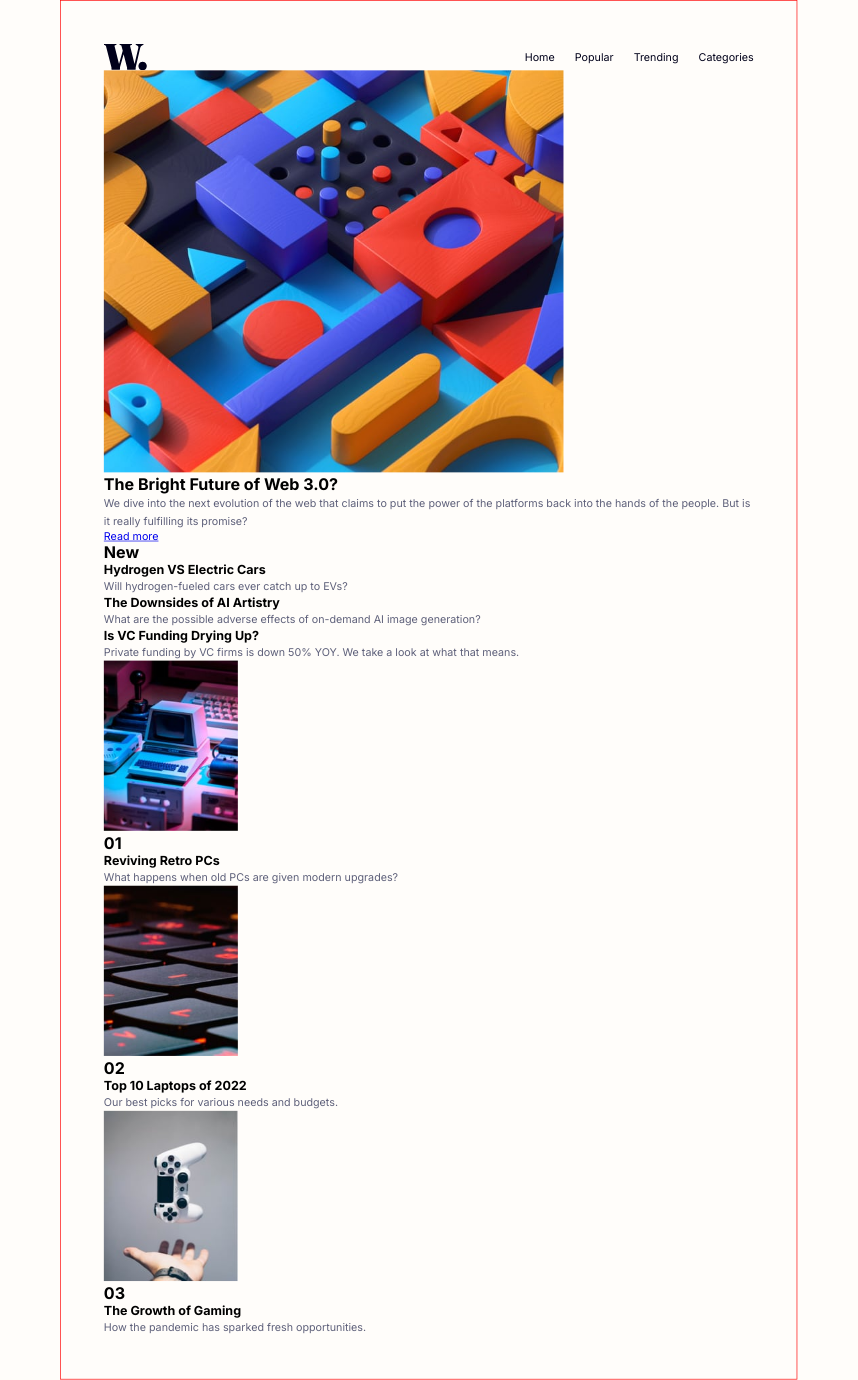
Repository: Arkitecth/news-webpage
Page: index.html
An editor plug-in stored every save of this project. The page is shown before and after the next save, followed by the edit.
The browser window is 1280 px wide. The pictures show the whole page, at 67% of full size.

Above is the page before, as saved 2023-06-07 19:49:02.

### index.html
<!DOCTYPE html>
<html lang="en">
<head>
  <meta charset="UTF-8">
  <meta name="viewport" content="width=device-width, initial-scale=1.0"> <!-- displays site properly based on user's device -->
  <title>News homepage</title>
  <link rel="stylesheet" href="style.css">
  <link rel="stylesheet" media="screen and (max-width:768px)" href="mobile.css">
</head>
<body>
  <main>
    <nav class="flex-container">
      <img class="logo" src="assets/images/logo.svg" alt="logo">
      <div class="hamburger-menu">
        <img class="icon-menu" src="assets/images/icon-menu.svg" alt="icon-menu">
          <ul class="menu-items">
            <li><a href="#"> Home </a> </li>
            <li><a href="#"> Popular </a></li>
            <li><a href="#">Trending </a></li>
            <li><a>Categories</a></li>
          </ul>
      </div>
    </nav>

    <section class="showcase-card">
      <img class="background-image" src="assets/images/image-web-3-mobile.jpg" alt="background-image">
      <h1>The Bright Future of Web 3.0? </h1>
      <p> We dive into the next evolution of the web that claims to put the power of the platforms back into the hands of the people.
        But is it really fulfilling its promise? </p>
      <a class="primary-btn" href="#">Read more </a>
    </section>

    <section class="news-card">
      <h2>New</h2>
      <article>
        <h3>Hydrogen VS Electric Cars</h3>
        <p>Will hydrogen-fueled cars ever catch up to EVs?  </p>
      </article>

      <article>
        <h3>The Downsides of AI Artistry </h3>
        <p>What are the possible adverse effects of on-demand AI image generation?</p>
      </article>
      <article>
        <h3>Is VC Funding Drying Up?</h3>
        <p>Private funding by VC firms is down 50% YOY. We take a look at what that means.</p>
      </article>
  </section>

  <section class="game-card">
    <article>
      <img src="assets/images/image-retro-pcs.jpg" alt="image-retro-pcs">
      <div class="game-content">
        <h2>01</h2>
        <h3>Reviving Retro PCs</h3>
        <p>What happens when old PCs are given modern upgrades?</p>
      </div>
    </article>

    <article>
      <img src="assets/images/image-top-laptops.jpg" alt="image-top-laptops">
      <div class="game-content">
        <h2>02</h2>
        <h3>Top 10 Laptops of 2022</h3>
        <p>Our best picks for various needs and budgets.</p>
      </div>
    </article>

    <article>
      <img src="assets/images/image-gaming-growth.jpg" alt="image-top-laptops">
      <div class="game-content">
        <h2>03</h2>
        <h3>The Growth of Gaming</h3>
        <p>How the pandemic has sparked fresh opportunities.</p>
      </div>
    </article>

  </section>

  </main>
<script src="script.js"></script>






</body>
</html>

### style.css
@import url('https://fonts.googleapis.com/css2?family=Inter:wght@400;700;800&display=swap');

:root {
    --dark-primary: #00001A;
    --dark-secondary:#5E607A;
    --almost-white:#FFFDFA;
    --primary-color:#F15D51;
}

/* Main Styling */
* {
    margin: 0;
    padding: 0;
    box-sizing: border-box;
}

.menu-items li a {
    text-decoration: none;
    color: #00001A;

}

.menu-items li a:hover {
    color: var(--primary-color);
}


p {
    color: #5E607A;
    line-height: 26px;
}

body {
    font-family: 'Inter', sans-serif;
    background: #FFFDFA;
}

main {
    max-width: 1100px;
    margin: auto;
    padding: 4rem 4rem;
    overflow: hidden;
    border: 1px solid red;
}

.icon-menu {
    display: none;
}

.flex-container {
    display: flex;
    justify-content: space-between;
    align-items: center;
}

.menu-items li  {
    list-style-type: none;
}
.menu-items {
    display: flex;
    justify-content: space-evenly;
    gap: 30px;
}

### script.js
const hamburger = document.querySelector(".hamburger-menu");
const iconMenu = document.querySelector(".icon-menu");
const menuItems = document.querySelector(".menu-items");
const backgroundImage = document.querySelector(".background-image");

const body = document.querySelector("body");
iconMenu.addEventListener("click", () => {
    hamburger.classList.toggle("menu-box");
    iconMenu.classList.toggle("toggle-icon");
    menuItems.classList.toggle("toggle-menu-items");
    body.classList.toggle("toggle-dark");
    backgroundImage.classList.toggle("toggle-background-brightness");
})
iconMenu.src = "assets/images/icon-menu.svg";

### mobile.css
:root {
    --dark-primary: #00001A;
    --dark-secondary:#5E607A;
    --almost-white:#FFFDFA;
    --primary-color:#F15D51;
}
main {
    display: grid;
    grid-template-rows: auto auto auto auto;
}

.flex-container {
    display: flex;
    justify-content: space-between;
    align-items: center;
}

.container {
    margin: 1.25rem;
}

.logo {
    margin: 1.25rem;
}


/* Menu and Nav */
.icon-menu {
    display: block;
}
.menu-items {
    list-style-type: none;
    display: none;
    font-size: 1.125rem;
}

.menu-items li {
    padding: 20px;
}


.hamburger-menu {
    margin: 20px;
}

.toggle-dark {
    background-color: rgba(18, 23, 37, 0.6);
}

.menu-box {
    position: absolute;
    margin: 0;
    top: 0;
    right: 0;
    height: 100vh;
    width: 40vh;
    background-color: var(--almost-white);
    z-index: 1;
}


.toggle-icon {
    content: url("assets/images/icon-menu-close.svg");
    padding-top: 20px;
    margin-left: 80%;
}

.toggle-menu-items {
    display: block;
    padding: 20px;
}

.toggle-background-brightness {
    filter: brightness(50%);
}


/* Showcase Card */

.background-image {
    width: 343px;
}

.showcase-card {
    display: grid;
    grid-template-rows: repeat(1fr 1fr 1fr 1fr);
    align-content: center;
    justify-content: center;
}

.showcase-card h1 {
    font-size: 2.5rem;
    font-weight: 800;
    width: 21.4375rem;
    padding: 1rem 0 1rem 0;
}

.showcase-card p {
    width: 21.4375rem;
}

.primary-btn {
    margin-top: 20px;
}

.primary-btn {
    text-decoration: none;
    text-transform: uppercase;
    background-color: var(--primary-color);
    color: var(--almost-white);
    width: 185px;
    height: 48px;
    font-weight: 700;
    font-size: 14px;
    text-align: center;
    padding-top: 15px;
    letter-spacing: 4.38px;
}

.primary-btn:hover {
    background-color: #00001A;
}

/* News Card */
.news-card {
    display: grid;
    justify-content: center;
    background-color: black;
    color: #FFFDFA;
    margin: 100px 30px 0 30px;
    padding-left: 20px;
}

.news-card h2 {
    color: #E9AA52;
    font-size: 2rem;
    padding-top: 1rem;
}

.news-card article h3 {
    padding-bottom: 1.5rem;
    padding-top: 2rem;
}

.news-card article p {
    padding-bottom: 1.5rem;
    border-bottom: 1px solid #5E607A;
    color: #C5C6CE;
}

/* Game Card */

.game-card {
    display: grid;
    grid-template-rows: 1fr 1fr 1fr;
    margin: 100px 30px 0 30px;
    justify-content: center;
    padding-bottom: 100px;
    align-items: center;
    gap:30px
}

.game-card img {
    width: 100px;
    height: 129px;
}

.game-card article {
    display: grid;
    grid-template-columns: auto 1fr;
}

.game-content {
   padding-left: 20px;
}

.game-content h2 {
    color: #C5C6CE;
    font-size: 2rem;
    padding-bottom: 0.5rem;
}

.game-content h3 {
    padding-bottom: 1rem;
}

After the next save:
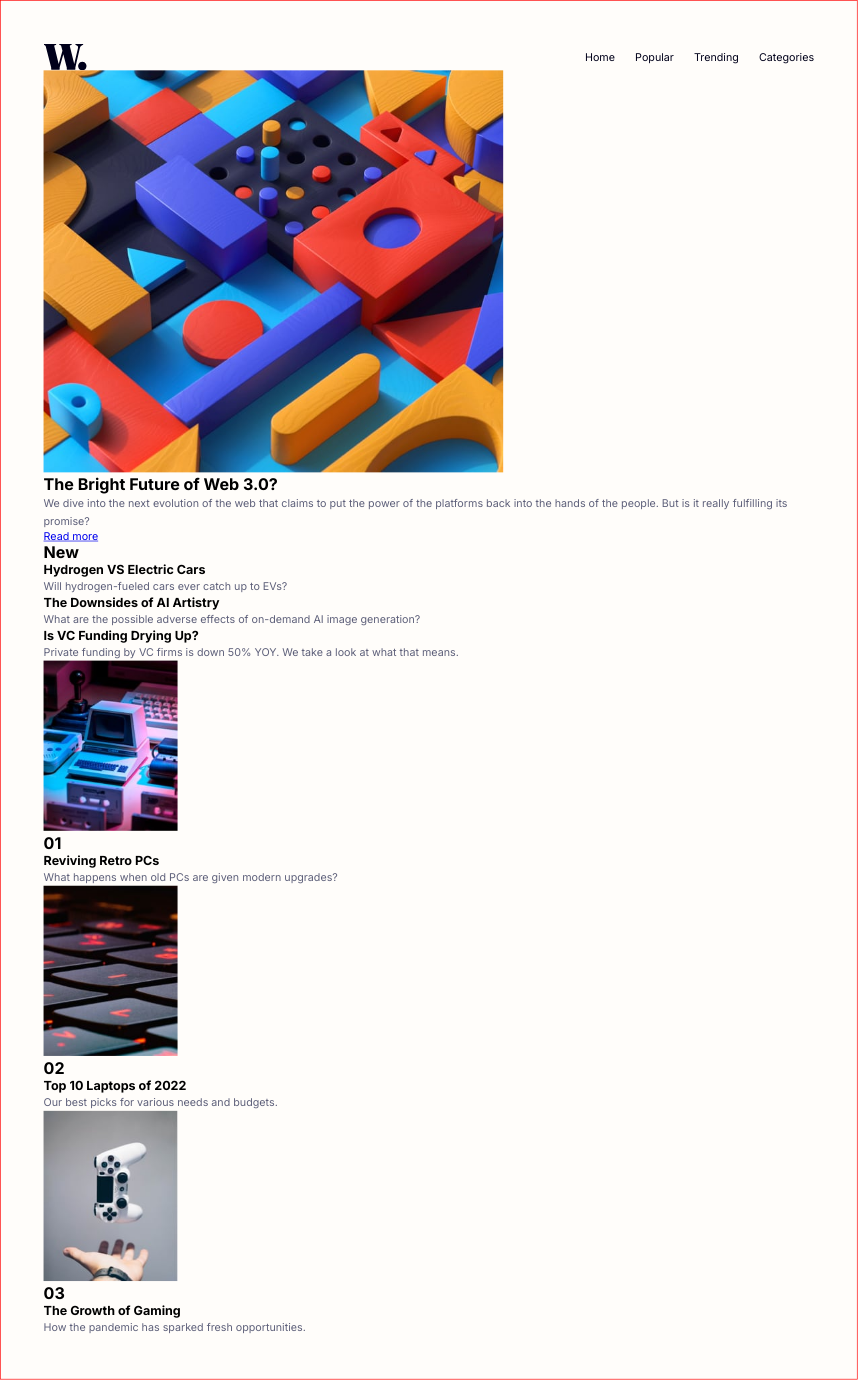
Saved 2 min 13 s later.
--- a/style.css
+++ b/style.css
@@ -36,7 +36,6 @@
 }
 
 main {
-    max-width: 1100px;
     margin: auto;
     padding: 4rem 4rem;
     overflow: hidden;

After the 2 saves that followed:
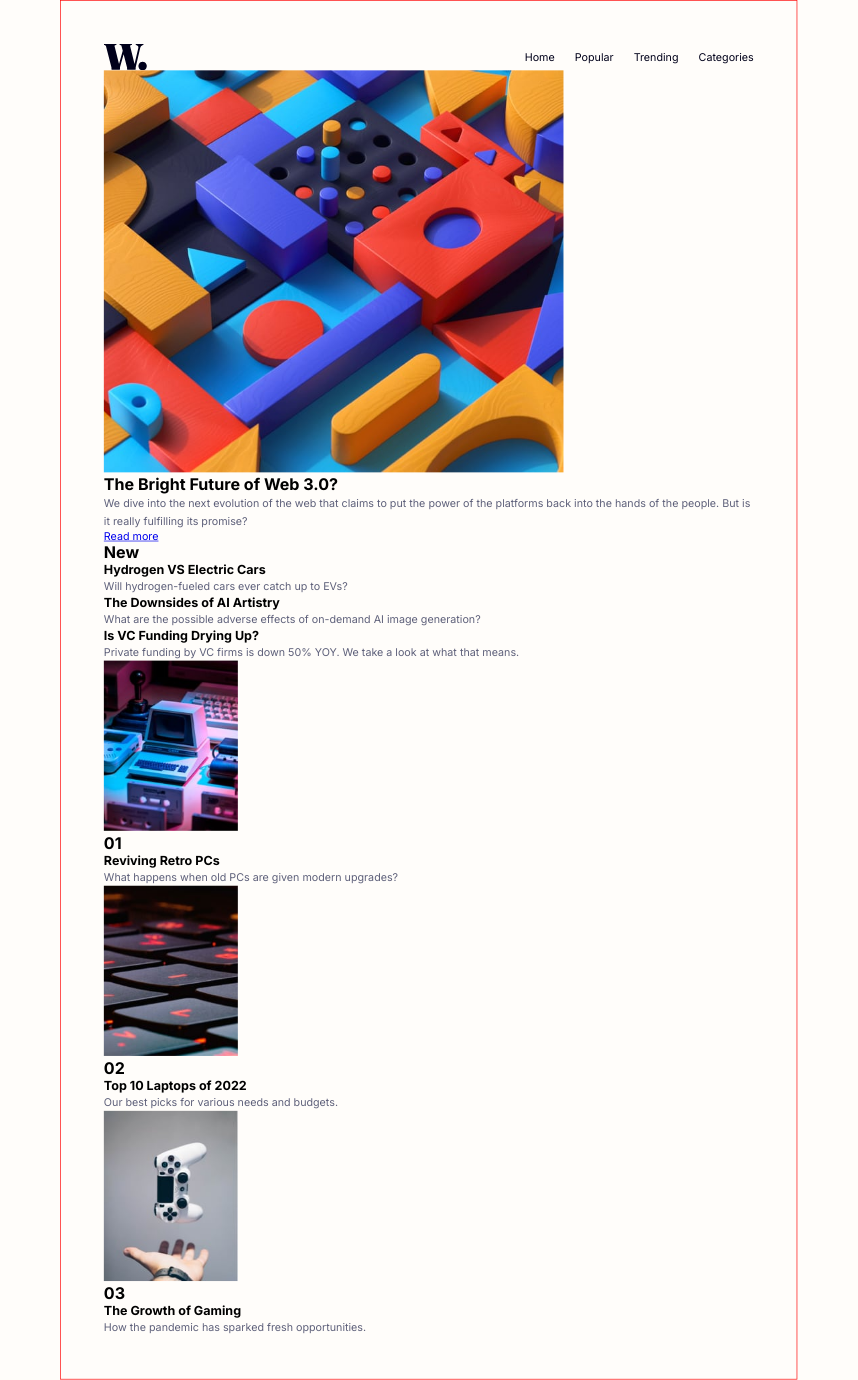
The 2 saves are shown as one change because 1 left the picture as it was.
The last was saved 17 s later.
--- a/style.css
+++ b/style.css
@@ -36,6 +36,7 @@
 }
 
 main {
+    max-width: 1100px;
     margin: auto;
     padding: 4rem 4rem;
     overflow: hidden;
